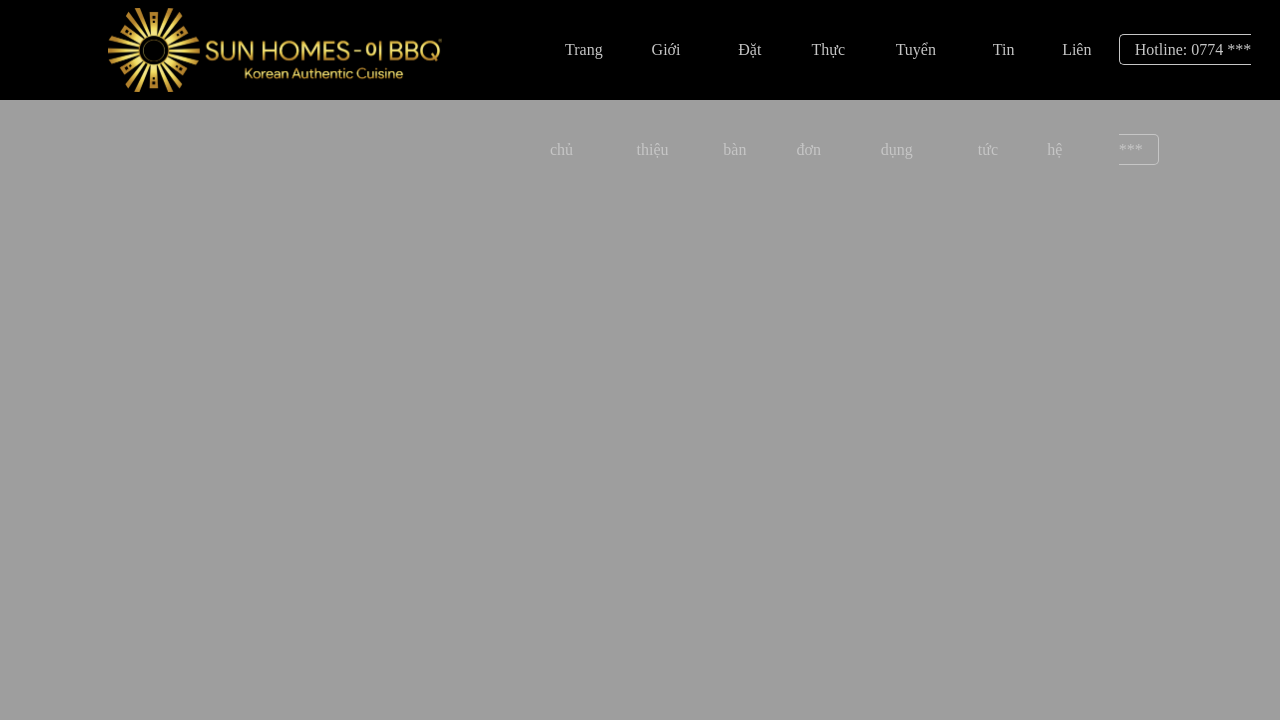
Repository: QUANGTHAI2003/sunhomesbbq
Page: index.html
An editor plug-in stored every save of this project. The page is shown before and after the next save, followed by the edit.
The browser window is 1280 px wide. The pictures show the whole page.

Above is the page before, as saved 2022-02-12 11:22:07.

After the next save:
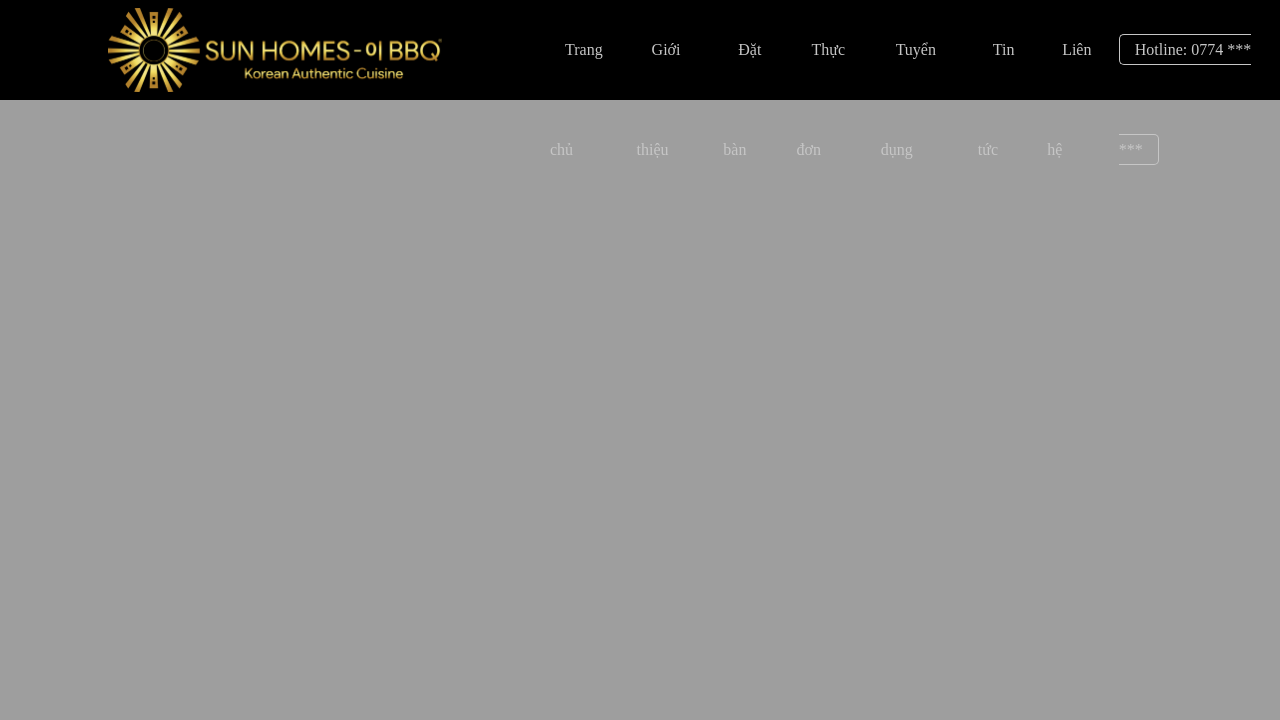
Saved 64 s later.
--- a/style.css
+++ b/style.css
@@ -2,6 +2,9 @@
     margin: 0;
     padding: 0;
     box-sizing: border-box;
+}
+.container {
+    overflow: hidden;
 }
 .header {
     height: 100px;
